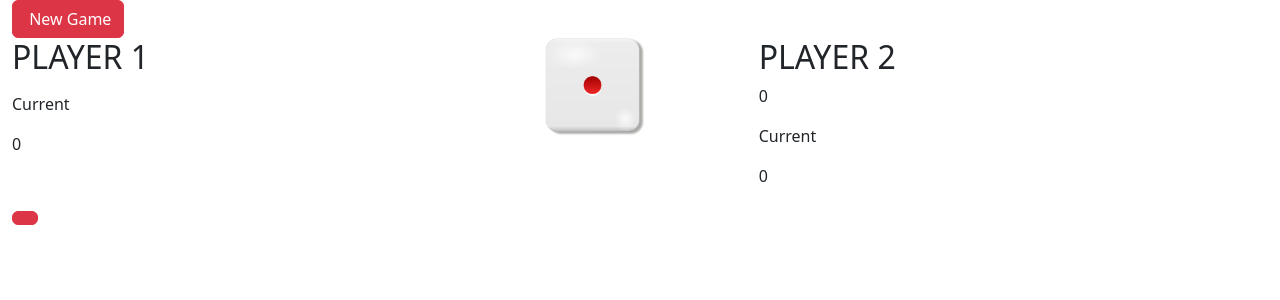
Repository: haifabilel/Eval_JAVASCRIPT
Page: index.html
An editor plug-in stored every save of this project. The page is shown before and after the next save, followed by the edit.
The browser window is 1280 px wide. The pictures show the whole page.
Some icons come from a web library that is not loaded, so they are not drawn. Some web libraries are served in a nearby version.

Above is the page before, as saved 2023-06-01 18:43:26.

### index.html
<!DOCTYPE html>
<html lang="fr">
<head>
    <meta charset="UTF-8">
    <meta http-equiv="X-UA-Compatible" content="IE=edge">
    <meta name="viewport" content="width=device-width, initial-scale=1.0">
    <title>GameEval</title>
    <!-- Bootstrap -->
    <link href="https://cdn.jsdelivr.net/npm/bootstrap@5.3.0-alpha3/dist/css/bootstrap.min.css" rel="stylesheet" integrity="sha384-KK94CHFLLe+nY2dmCWGMq91rCGa5gtU4mk92HdvYe+M/SXH301p5ILy+dN9+nJOZ" crossorigin="anonymous">
    <!-- Bootstrap icons CSS -->
    <link rel="stylesheet" href="https://cdn.jsdelivr.net/npm/bootstrap-icons@1.6.1/font/bootstrap-icons.css">
    <!-- font awesome cdn link-->
    <link rel="stylesheet" href="https://cdnjs.cloudflare.com/ajax/libs/font-awesome/6.3.0/css/all.min.css" integrity="sha512-SzlrxWUlpfuzQ+pcUCosxcglQRNAq/DZjVsC0lE40xsADsfeQoEypE+enwcOiGjk/bSuGGKHEyjSoQ1zVisanQ==" crossorigin="anonymous" referrerpolicy="no-referrer">
    <!-- CSS Link -->
    <link rel="stylesheet" href="style.css">
</head>
<body>
    <div class="container-fluid" >
     <header>
         <button class="btn btn_newGame btn-danger"><i class="fa-sharp fa-solid fa-plus-large"></i> New Game</button>
    </header>
    <main>
        <div class="row">
            <!-- Player One  -->
            <div class="col-sm-5 mx-auto">
                <section class="player player_0 player_active">
                    <h2 class="label" id="label_0">PLAYER 1</h2>
                    <p class="score" id="score_0" ></p>
                    <div class="current">
                        <p class="current_label">Current</p>
                        <p class="current_score" id="current_0">0</p>
                    </div>
                </section>
            </div>
            <!-- Dice image -->
            <div class="col-sm-2 mx-auto">
                <img src="/asset//dice1.png" alt="imageDice" class="dice" style="width: 100px;">
            </div>
             <!-- Player Tow  -->
             <div class="col-sm-5 mx-auto">
                <section class="player player_1">
                    <h2 class="label" id="label_1">PLAYER 2</h2>
                    <p class="score" id="score_1">0</p>
                    <div class="current">
                        <p class="current_label">Current</p>
                        <p class="current_score" id="current_1">0</p>
                    </div>
                </section>
             </div>
        </div>
    </main>
    <!-- Button RollDice -->
    <div class="button_roll">
        <button class="btn btn_hold btn-danger"></button>
    </div>
    </div>


    <script src="https://code.jquery.com/jquery-3.5.1.slim.min.js" integrity="sha384-DfXdz2htPH0lsSSs5nCTpuj/zy4C+OGpamoFVy38MVBnE+IbbVYUew+OrCXaRkfj" crossorigin="anonymous"></script>
    <script src="https://cdn.jsdelivr.net/npm/popper.js@1.16.0/dist/umd/popper.min.js" integrity="sha384-Q6E9RHvbIyZFJoft+2mJbHaEWldlvI9IOYy5n3zV9zzTtmI3UksdQRVvoxMfooAo" crossorigin="anonymous"></script>
    <script src="https://cdn.jsdelivr.net/npm/bootstrap@5.3.0-alpha3/dist/js/bootstrap.bundle.min.js" integrity="sha384-ENjdO4Dr2bkBIFxQpeoTz1HIcje39Wm4jDKdf19U8gI4ddQ3GYNS7NTKfAdVQSZe" crossorigin="anonymous"></script>
    <script src="script.js"></script>
</body>
</html>

Loaded but not shown: script.js (no copy from this time; the picture is the same without it); style.css (no copy from this time; the picture is the same without it)

After the next save:
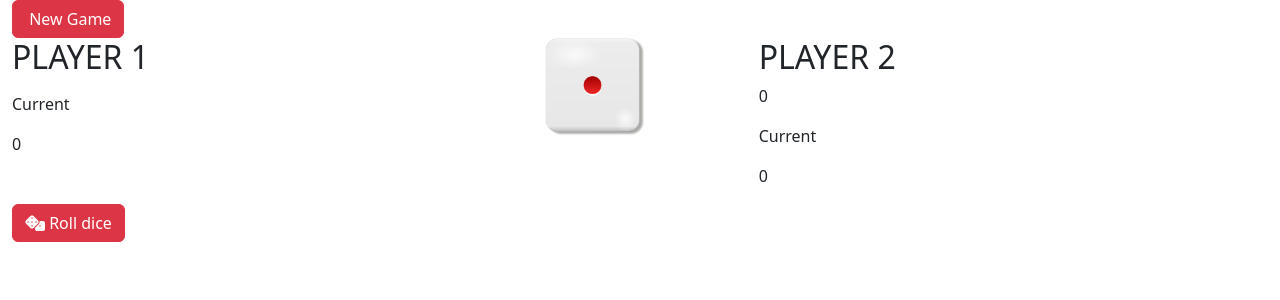
Saved 20 s later.
--- a/index.html
+++ b/index.html
@@ -51,7 +51,7 @@
     </main>
     <!-- Button RollDice -->
     <div class="button_roll">
-        <button class="btn btn_hold btn-danger"></button>
+        <button class="btn btn_hold btn-danger"><i class="fa-solid fa-dice"></i> Roll dice</button>
     </div>
     </div>
 
